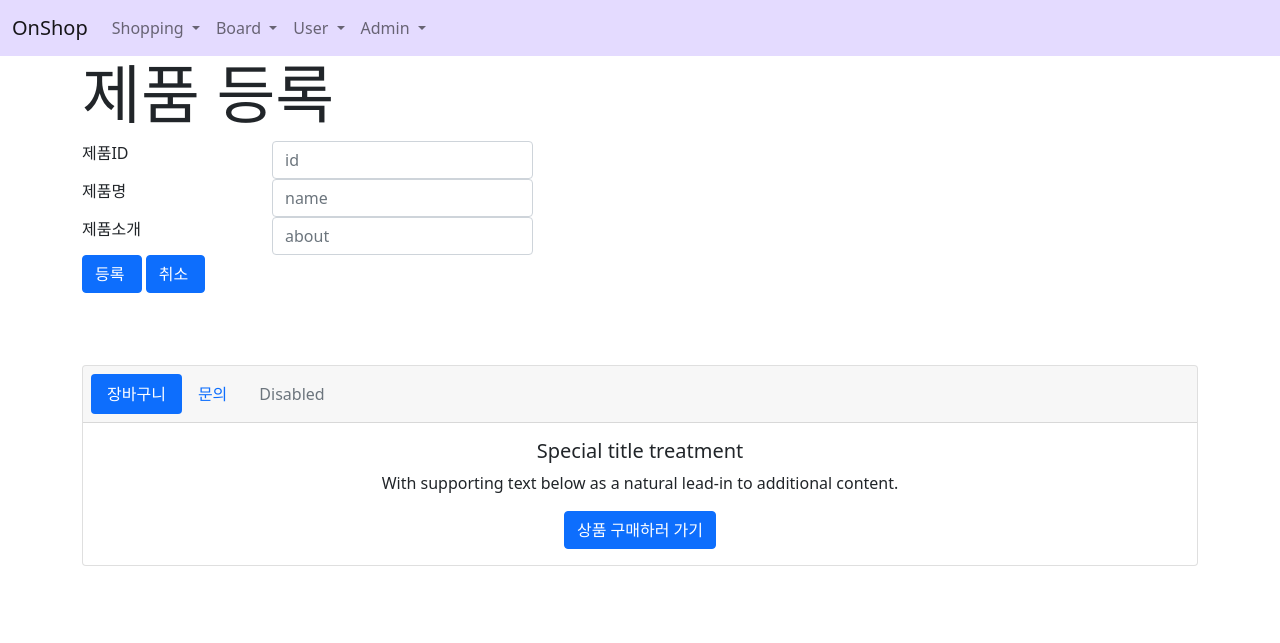
Repository: HimNahyeon/devClassBackup
Page: http://localhost/WebShop2/product/addProduct.jsp
These files come from the project's save history. The page is drawn as it stood at one moment and after the next save; the edit follows.
The browser window is 1280 px wide. The pictures show the whole page.
The page is served by Tomcat 9.

Above is the page before, as saved 2021-11-04 06:10:03.

After the next save:
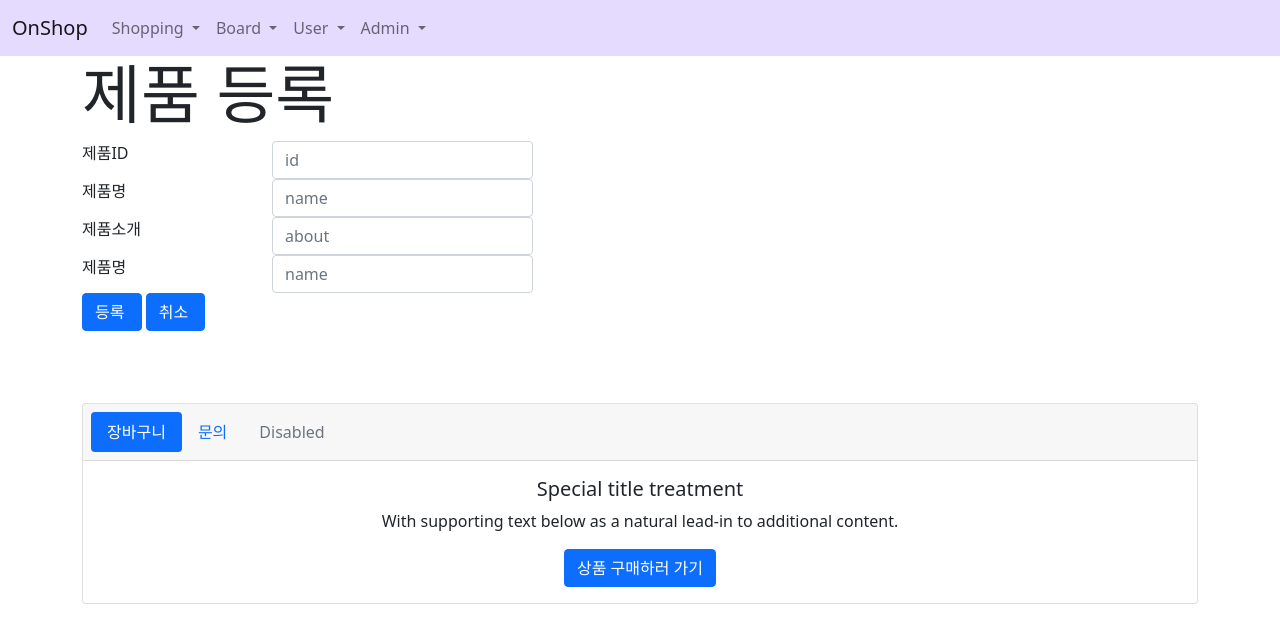
Saved 25 s later.
--- a/jsp/WebShop2/WebContent/product/addProduct.jsp
+++ b/jsp/WebShop2/WebContent/product/addProduct.jsp
@@ -35,6 +35,12 @@
             </div>
          </div>
          <div class="form-group  row">
+            <label class="col-sm-2">제품명</label>
+            <div class="col-sm-3">
+               <input name="name" type="text" class="form-control" placeholder="name" >
+            </div>
+         </div>
+         <div class="form-group  row">
             <div class="col-sm-offset-2 col-sm-10 ">
                <input type="submit" class="btn btn-primary " value="등록 " >
                <input type="reset" class="btn btn-primary " value="취소 " onclick="reset()" >
